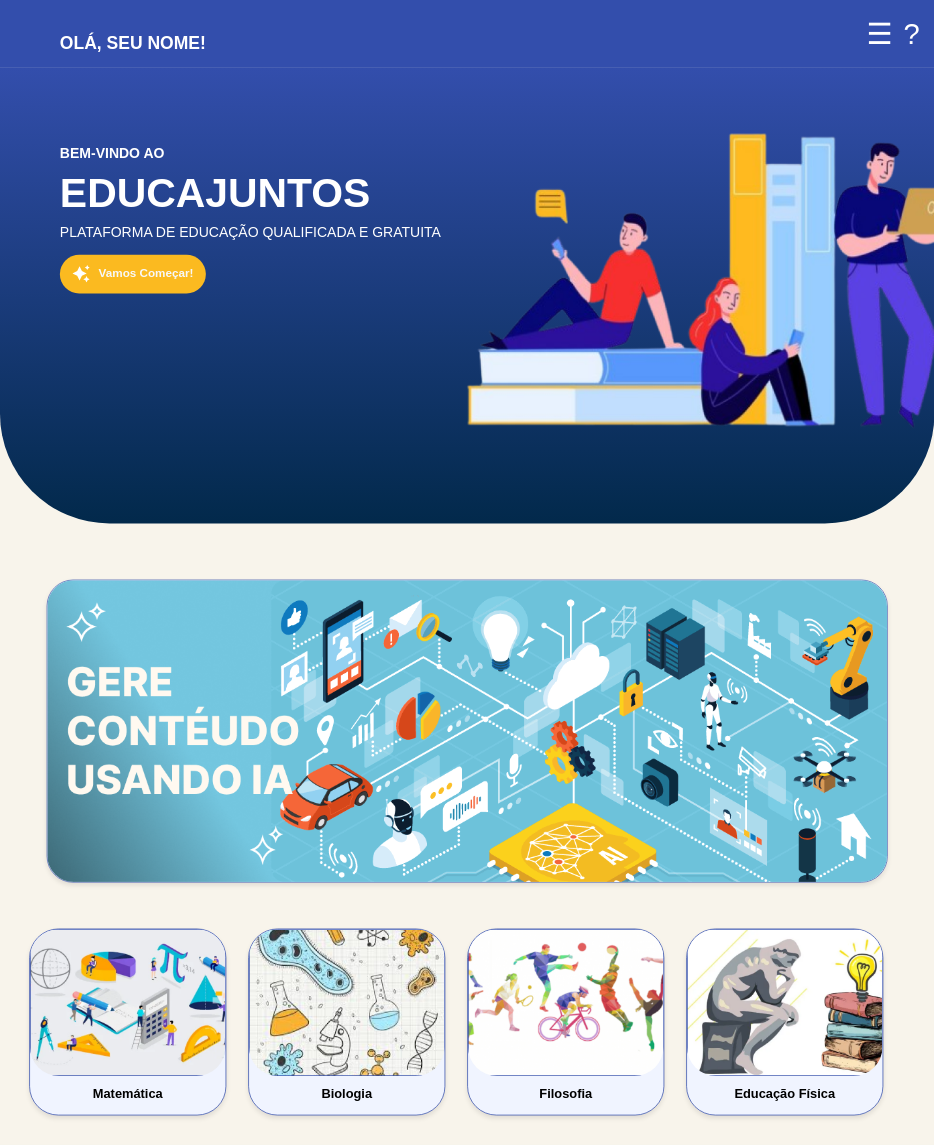
Repository: Matheus904-12/EDUCAJUNTOS
Page: inicio/index.html
These files come from the project's save history. The page is drawn as it stood at one moment and after the next save; the edit follows.
The browser window is 1280 px wide. The pictures show the whole page, at 73% of full size.

Above is the page before, as saved 2024-10-28 20:20:37.

After the next save:
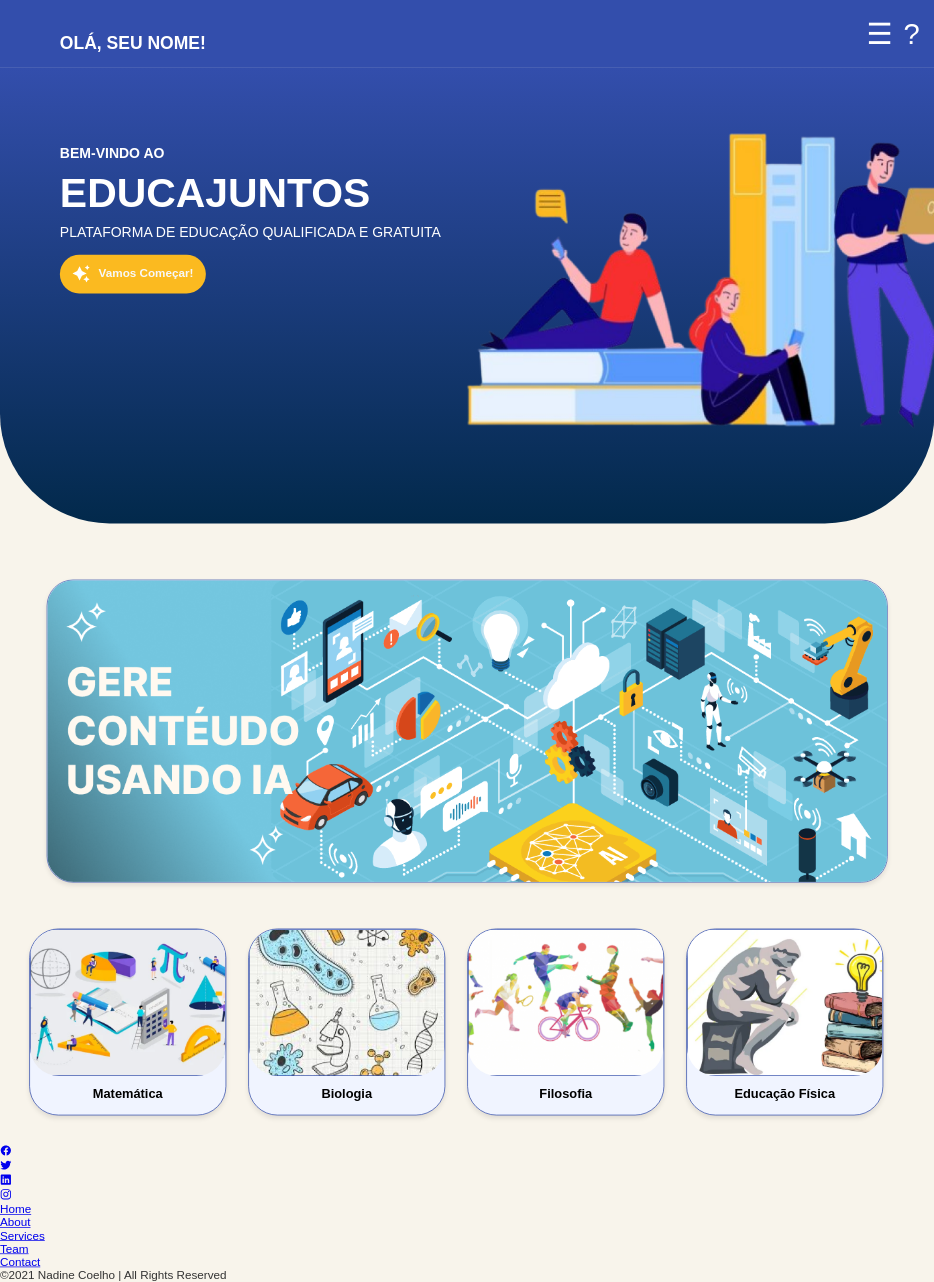
Saved 6 min 51 s later.
--- a/inicio/index.html
+++ b/inicio/index.html
@@ -68,7 +68,39 @@
         </section>
     </main>
 
+    <footer class="footer">
+        <div class="waves">
+          <div class="wave" id="wave1"></div>
+          <div class="wave" id="wave2"></div>
+          <div class="wave" id="wave3"></div>
+          <div class="wave" id="wave4"></div>
+        </div>
+        <ul class="social-icon">
+          <li class="social-icon__item"><a class="social-icon__link" href="#">
+              <ion-icon name="logo-facebook"></ion-icon>
+            </a></li>
+          <li class="social-icon__item"><a class="social-icon__link" href="#">
+              <ion-icon name="logo-twitter"></ion-icon>
+            </a></li>
+          <li class="social-icon__item"><a class="social-icon__link" href="#">
+              <ion-icon name="logo-linkedin"></ion-icon>
+            </a></li>
+          <li class="social-icon__item"><a class="social-icon__link" href="#">
+              <ion-icon name="logo-instagram"></ion-icon>
+            </a></li>
+        </ul>
+        <ul class="menu">
+          <li class="menu__item"><a class="menu__link" href="#">Home</a></li>
+          <li class="menu__item"><a class="menu__link" href="#">About</a></li>
+          <li class="menu__item"><a class="menu__link" href="#">Services</a></li>
+          <li class="menu__item"><a class="menu__link" href="#">Team</a></li>
+          <li class="menu__item"><a class="menu__link" href="#">Contact</a></li>
 
+        </ul>
+        <p>&copy;2021 Nadine Coelho | All Rights Reserved</p>
+      </footer>
+      <script type="module" src="https://unpkg.com/ionicons@5.5.2/dist/ionicons/ionicons.esm.js"></script>
+      <script nomodule src="https://unpkg.com/ionicons@5.5.2/dist/ionicons/ionicons.js"></script>
 
     <script src="script.js"></script>
 </body>
